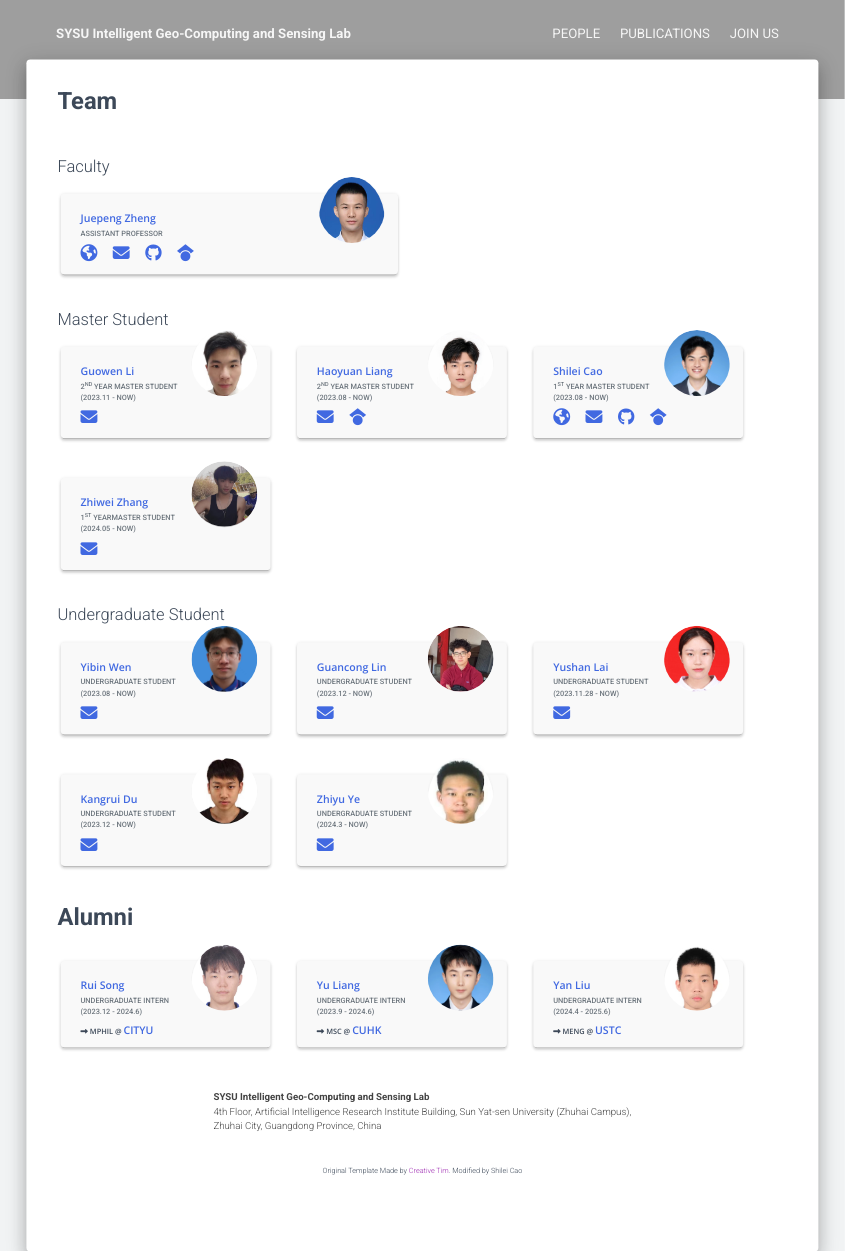
Repository: rssysu/rssysu.github.io
Page: people.html
The author's editor kept a copy of each file at every save. The page is drawn from the files as they stood at one save, then again after the next save.
The browser window is 1280 px wide. The pictures show the whole page, at 66% of full size.
Pictures or frames that could not be fetched are drawn as grey boxes. Some web libraries are served in a nearby version.

Above is the page before, as saved 2025-05-30 21:18:08.

After the next save:
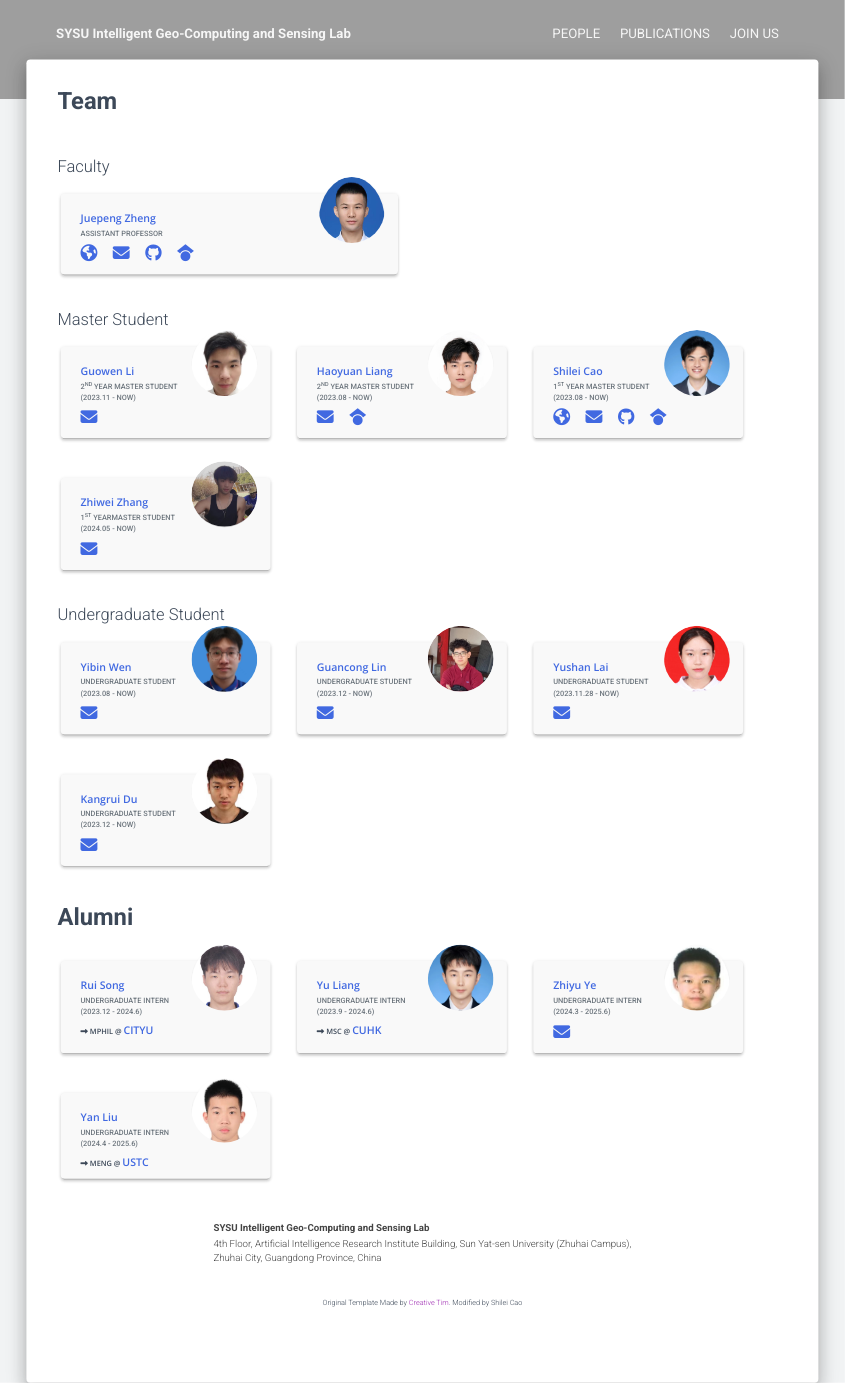
Saved 77 s later.
--- a/people.html
+++ b/people.html
@@ -204,20 +204,6 @@
                     </div>
                 </div>
 
-                <div class="card" style="width: 28%;">
-                    <div class="card-body">
-                          <div class="author">
-                              <div class="avatar">
-                                  <img src="./assets/img/kit/faces/yzy.jpg" class="img-raised rounded-circle img-fluid"/>
-                              </div>
-                          </div>
-                          <h4 class="card-title"> <a href="./assets/resume/yzy.html" target="_blank"> Zhiyu Ye </a></h4>
-                          <h6 class="card-subtitle mb-2 text-muted">Undergraduate Student <br> (2024.3 - Now)</h6>
-                          <a href="mailto:yezhy26@mail2.sysu.edu.cn" class="card-link"><i class="fa fa-envelope fa-2x" aria-hidden="true"></i></a>
-
-                    </div>
-                </div>
-
             </div>
 
 
@@ -253,6 +239,20 @@
                       <h6 class="card-subtitle mb-2 text-muted">Undergraduate Intern (2023.9 - 2024.6) </h6>
                       <h6 class="card-title"> <i class="fa fa-long-arrow-right" aria-hidden="true"></i> MSC @ <a href="https://www.cuhk.edu.hk/chinese/index.html"> CUHK </a> </h6>
                         <!-- <a href="mailto:liangy283@mail2.sysu.edu.cn" class="card-link"><i class="fa fa-envelope fa-2x" aria-hidden="true"></i></a>        -->
+
+                </div>
+            </div>
+
+            <div class="card" style="width: 28%;">
+                <div class="card-body">
+                      <div class="author">
+                          <div class="avatar">
+                              <img src="./assets/img/kit/faces/yzy.jpg" class="img-raised rounded-circle img-fluid"/>
+                          </div>
+                      </div>
+                      <h4 class="card-title"> <a href="./assets/resume/yzy.html" target="_blank"> Zhiyu Ye </a></h4>
+                      <h6 class="card-subtitle mb-2 text-muted">Undergraduate Intern <br> (2024.3 - 2025.6)</h6>
+                      <a href="mailto:yezhy26@mail2.sysu.edu.cn" class="card-link"><i class="fa fa-envelope fa-2x" aria-hidden="true"></i></a>
 
                 </div>
             </div>
